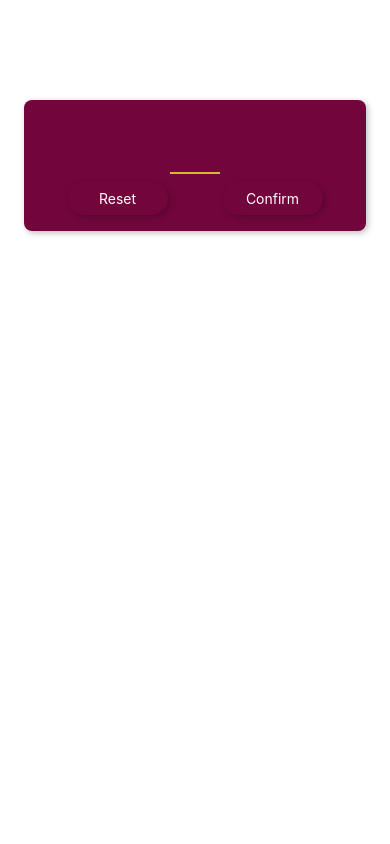
Repository: cobalt88/miniGameApp
Screen: /
These files come from the project's save history. The screen is drawn as it stood at one moment and after the next save; the edit follows.
The app was drawn by React Native's web renderer in a window 390 px wide. The project was rebuilt for these pictures with package versions that can differ from the ones it lists, and the page was loaded fresh each time.

Above is the screen before, as saved 2023-02-02 16:45:33.

### App.js
import { StatusBar } from "expo-status-bar";
import { StyleSheet, Text, View } from "react-native";
import StartGameScreen from "./screens/StartGameScreen";

export default function App() {
  return <StartGameScreen />;
}

const styles = StyleSheet.create({});

### screens/StartGameScreen.js
import { View, TextInput, StyleSheet } from "react-native";
import PrimaryButton from "../components/PrimaryButton";

function StartGameScreen() {
  return (
    <View style={styles.inputContainer}>
      <TextInput
        style={styles.numberInput}
        maxLength={2}
        keyboardType="number-pad"
        autoCapitalize="none"
        autoCorrect={false}
      />
      <View style={styles.buttonContainer}>
        <PrimaryButton>Reset</PrimaryButton>
        <PrimaryButton>Confirm</PrimaryButton>
      </View>
    </View>
  );
}

export default StartGameScreen;

const styles = StyleSheet.create({
  inputContainer: {
    marginHorizontal: 24,
    borderRadius: 8,
    padding: 16,
    marginTop: 100,
    backgroundColor: "#72063c",
    elevation: 8,
    shadowColor: "black",
    shadowOffset: { width: 2, height: 2 },
    shadowOpacity: 0.25,
    shadowRadius: 6,
    alignItems: "center",
  },
  numberInput: {
    height: 50,
    fontSize: 32,
    borderBottomColor: "#ddb52f",
    borderBottomWidth: 2,
    color: "#ddb52f",
    textAlign: "center",
    marginVertical: 8,
    fontWeight: "bold",
    width: 50,
  },
  buttonContainer: {
    flexDirection: "row",
    justifyContent: "space-evenly",
    width: "100%",
  },
});

### components/PrimaryButton.js
import { View, Text, Pressable, StyleSheet } from "react-native";

function PrimaryButton({ children }) {
  function pressHandler() {
    console.log("pressed the main button");
  }
  return (
    <View style={styles.buttonContainer}>
      <Pressable onPress={pressHandler} android_ripple={{ color: "#640233" }}>
        <Text style={styles.buttonText}>{children}</Text>{" "}
      </Pressable>
    </View>
  );
}

export default PrimaryButton;

const styles = StyleSheet.create({
  buttonContainer: {
    backgroundColor: "#72063c",
    paddingVertical: 8,
    paddingHorizontal: 16,
    borderRadius: 28,
    elevation: 8,
    shadowColor: "black",
    shadowOffset: { width: 2, height: 2 },
    shadowOpacity: 0.25,
    shadowRadius: 6,
    width: 100,
    margin: "auto",
  },
  buttonText: {
    color: "white",
    textAlign: "center",
  },
});

After the next save:
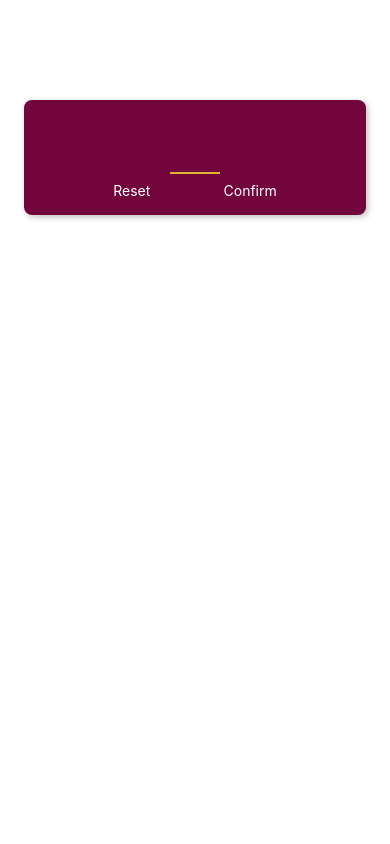
Saved 34 s later.
--- a/components/PrimaryButton.js
+++ b/components/PrimaryButton.js
@@ -5,7 +5,7 @@ function PrimaryButton({ children }) {
     console.log("pressed the main button");
   }
   return (
-    <View style={styles.buttonContainer}>
+    <View style={styles.buttonOterContainer}>
       <Pressable onPress={pressHandler} android_ripple={{ color: "#640233" }}>
         <Text style={styles.buttonText}>{children}</Text>{" "}
       </Pressable>
@@ -16,7 +16,7 @@ function PrimaryButton({ children }) {
 export default PrimaryButton;
 
 const styles = StyleSheet.create({
-  buttonContainer: {
+  buttonOuterContainer: {
     backgroundColor: "#72063c",
     paddingVertical: 8,
     paddingHorizontal: 16,
@@ -29,6 +29,7 @@ const styles = StyleSheet.create({
     width: 100,
     margin: "auto",
   },
+  buttonInnerContainer: {},
   buttonText: {
     color: "white",
     textAlign: "center",
